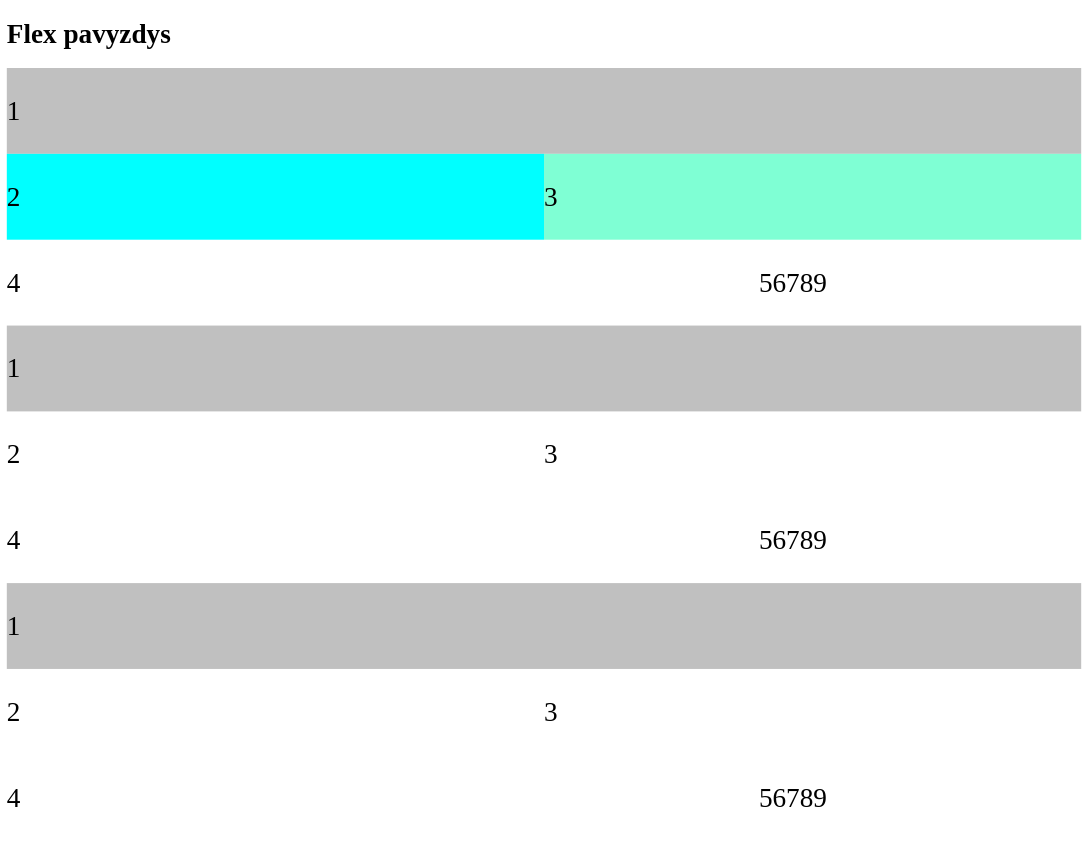
Repository: motiejus1/06-paskaita-invest
Page: index.html
These files come from the project's save history. The page is drawn as it stood at one moment and after a run of saves; the edit follows.
The browser window is 1280 px wide. The pictures show the whole page, at 85% of full size.

Above is the page before, as saved 2021-06-09 18:40:17.

After the next 3 saves:
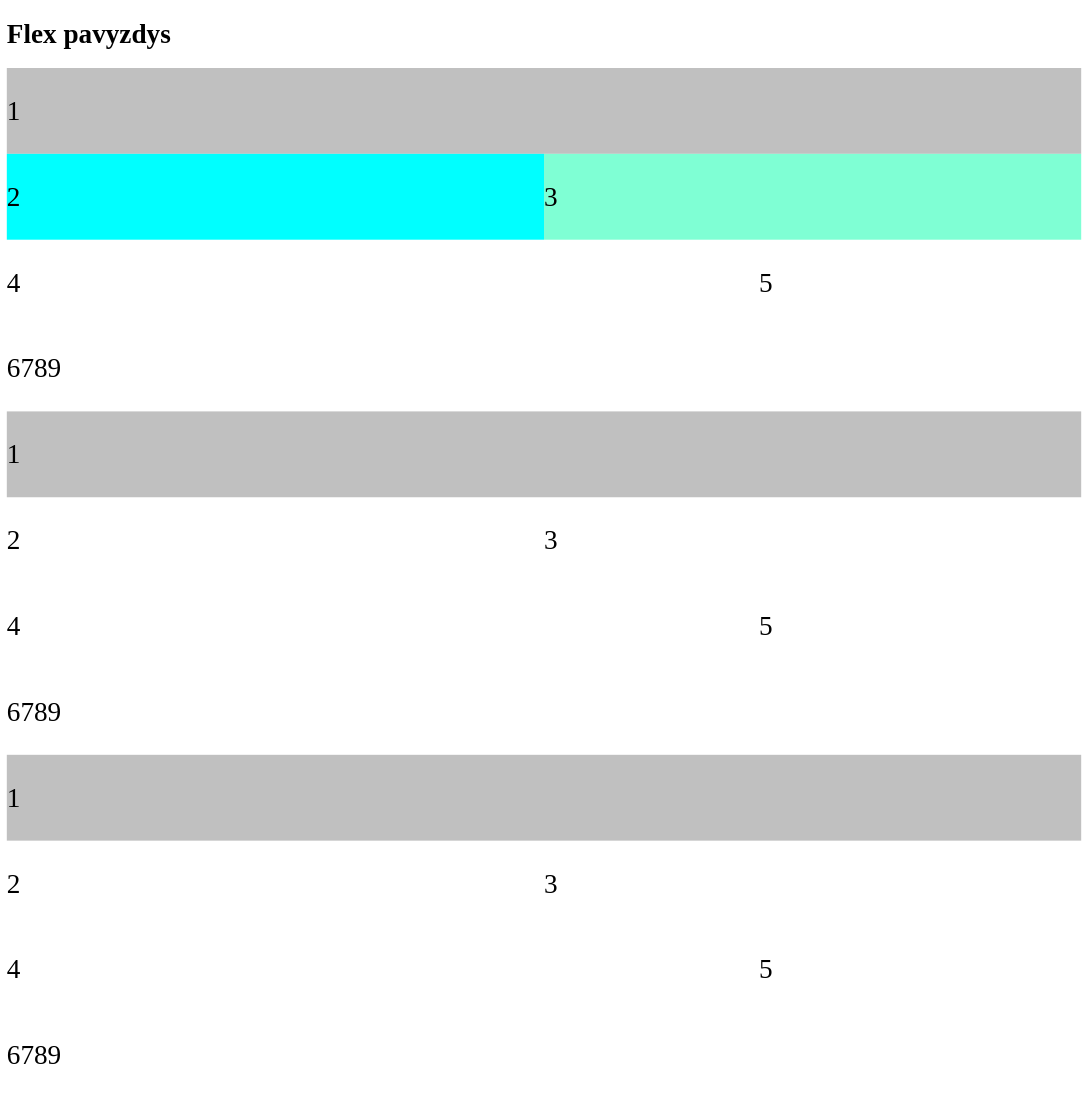
The 3 saves are shown as one change because they came seconds apart.
The last was saved 10 s later.
--- a/index.html
+++ b/index.html
@@ -23,6 +23,10 @@
 
         .flex-item-4 {
             width: 70%;
+        }
+
+        .flex-item-5 {
+            width: 30%;
         }
 
 
